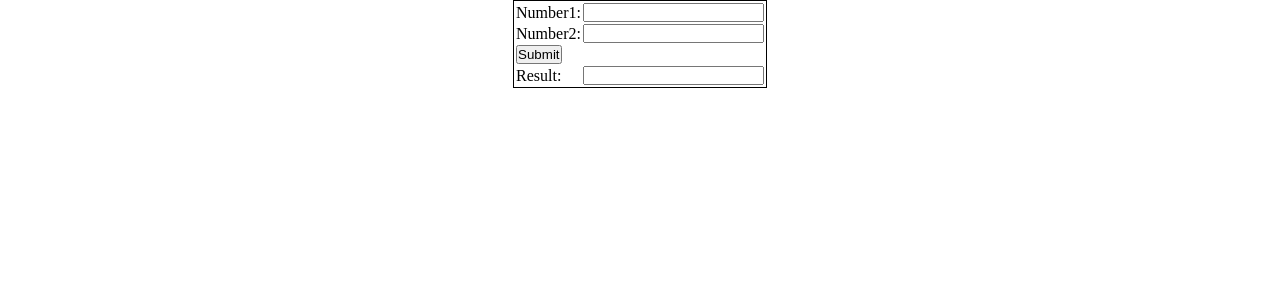
Repository: Nanda-Hari-Reddy/YouTube-Clone
Page: http://localhost/Demo/
These files come from the project's save history. The page is drawn as it stood at one moment and after the next save; the edit follows.
The browser window is 1280 px wide. The pictures show the whole page.
The page is served by Tomcat 9. Other server files are loaded and not shown.

Above is the page before, as saved 2023-11-01 05:36:19.

### MDB-Free_4.20.0/SERVELETS/Demo/src/main/webapp/index.jsp
<html>
<head>
	<style>
		*
		{
			margin: 0px;
			box-sizing: border-box;
			padding: 0px;
		}
		table
		{
			margin-inline:auto;
			border:1px solid black;
		}
	</style>
<body>

	<form action="add">
		<table>
		<tr>
			<td>Number1:</td>
			<td><input type="text" name="one"></td>
		</tr>
		<tr>
			<td>Number2:</td>
			<td><input type="text" name="two"></td>
		</tr>
		<tr>
			<td colspan="2"><input type="submit"></td>
		</tr>
		<tr>
			<td>Result:</td>
			<td><input type="text" name="result"></td>
		</tr>
		</table>
	</form>
</body>
</head>
</html>

After the next save:
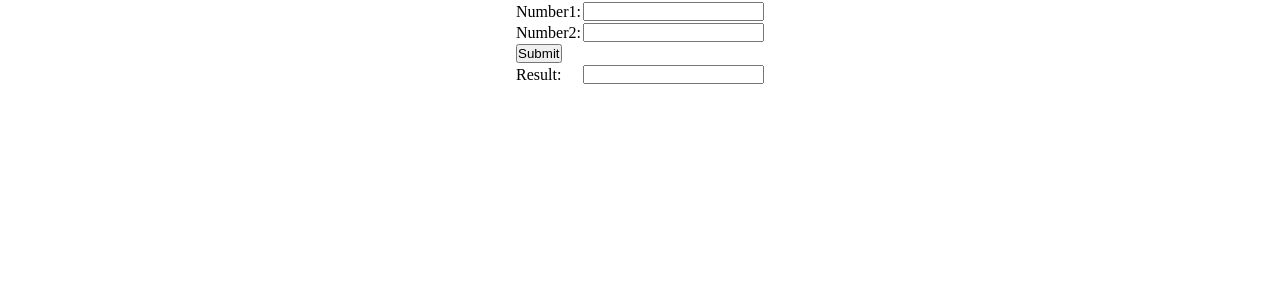
Saved 41 s later.
--- a/MDB-Free_4.20.0/SERVELETS/Demo/src/main/webapp/index.jsp
+++ b/MDB-Free_4.20.0/SERVELETS/Demo/src/main/webapp/index.jsp
@@ -10,7 +10,7 @@
 		table
 		{
 			margin-inline:auto;
-			border:1px solid black;
+
 		}
 	</style>
 <body>
